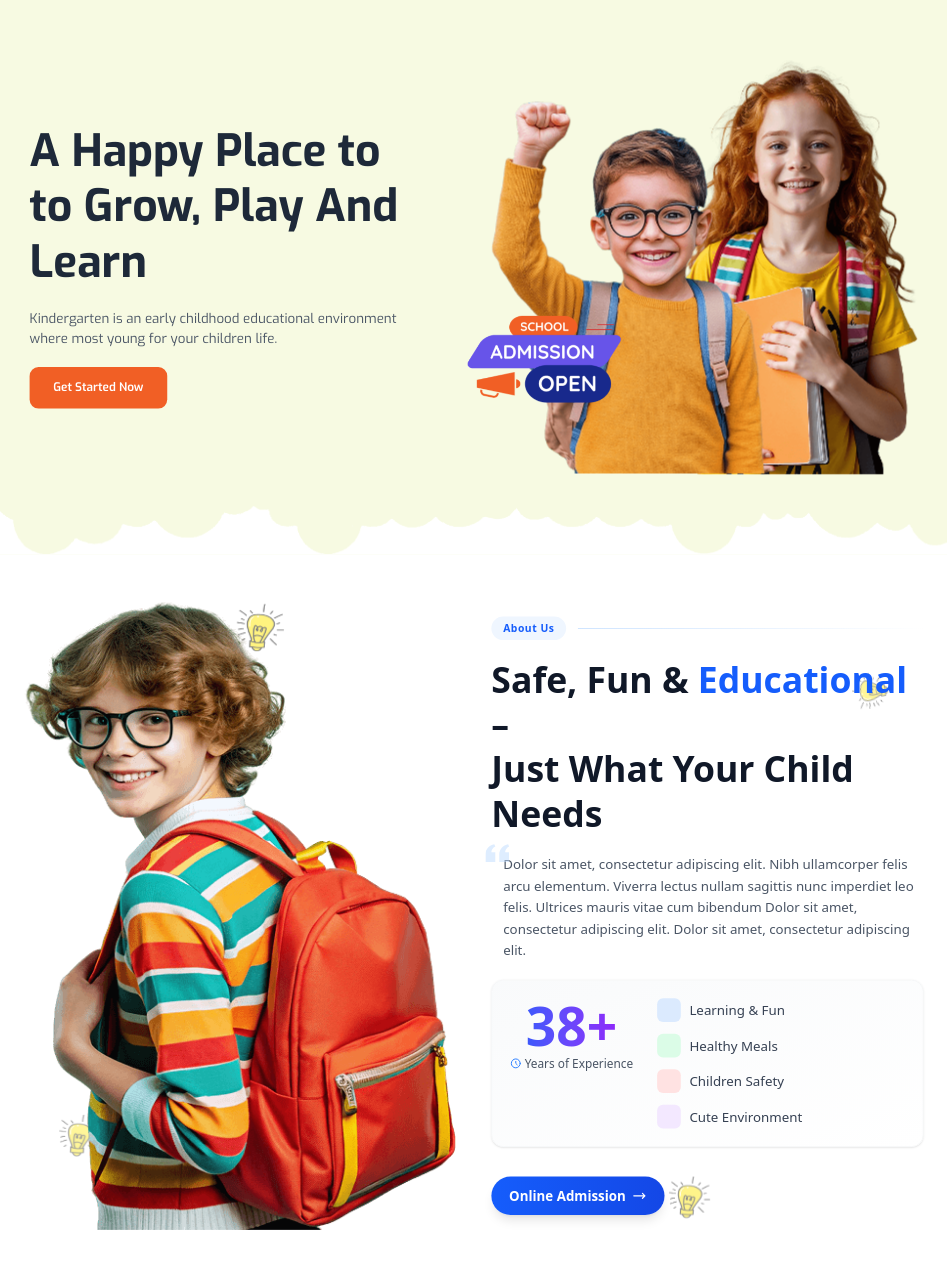
Repository: deepak445566/school
Page: / (app in okwork/)
These files come from the project's save history. The page is drawn as it stood at one moment and after the next save; the edit follows.
The browser window is 1280 px wide. The pictures show the whole page, at 74% of full size.
Some web fonts or font styles are not loaded; a fallback is used. The project was rebuilt for these pictures with package versions that can differ from the ones it lists, and the page was loaded fresh each time. Some packages were replaced by stand-ins written for this rebuild. Also part of the build but not shown: okwork/vite.config.js.

Above is the page before, as saved 2026-02-18 18:33:31.

### okwork/index.html
<!doctype html>
<html lang="en">
  <head>
    <meta charset="UTF-8" />
    <link rel="icon" type="image/svg+xml" href="/vite.svg" />
    <meta name="viewport" content="width=device-width, initial-scale=1.0" />
    <title>okwork</title>
    <link rel="preconnect" href="https://fonts.googleapis.com">
<link rel="preconnect" href="https://fonts.gstatic.com" crossorigin>
<link href="https://fonts.googleapis.com/css2?family=Abril+Fatface&family=Alan+Sans:wght@300..900&family=Big+Shoulders:opsz,wght@10..72,100..900&family=Exo+2:ital,wght@0,100..900;1,100..900&family=Exo:ital,wght@0,100..900;1,100..900&family=Montserrat:ital,wght@0,100..900;1,100..900&family=Orbitron:wght@400..900&family=Poppins:ital,wght@0,100;0,200;0,300;0,400;0,500;0,600;0,700;0,800;0,900;1,100;1,200;1,300;1,400;1,500;1,600;1,700;1,800;1,900&family=Prata&family=Rajdhani:wght@300;400;500;600;700&display=swap" rel="stylesheet">
  </head>
  <body>
    <div id="root"></div>
    <script type="module" src="/src/main.jsx"></script>
  </body>
</html>

### okwork/src/index.css
@import "tailwindcss";


.exo {
  font-family: "Exo", sans-serif;

  font-style: normal;
}

### okwork/src/App.jsx
import React from 'react'
import Home from './components/Home'
import About from './components/About'

function App() {
  return (
    <>
    <Home/>
    <About/>

    </>
  )
}

export default App

### okwork/src/components/Home.jsx
import React from "react";

const Home = () => {
  // Image URL - using a high-quality free image
  const imageUrl =
    "/images/hero1.png";
  const kalagiImageUrl = "/images/text.png";
  return (
    <div className="min-h-screen bg-[#F7FAE2] overflow-hidden exo">
      {/* Main container - centered with responsive padding */}
      <div className="container mx-auto px-6 py-12 md:px-12 lg:px-10 min-h-screen flex items-center">

        {/* Flex container: column on mobile, row on desktop */}
        <div className="flex flex-col md:flex-row items-center gap-12 lg:gap-5 w-full">

          {/* LEFT SECTION: 40% width */}
          <div className="w-full md:w-[45%] text-center md:text-left space-y-6 md:space-y-6">
            {/* Heading with gradient effect */}
            <h1 className="text-4xl text-gray-800 md:text-5xl lg:text-6xl font-bold leading-tight exo">
             A Happy Place to
              <br />
              <span className="text-gray-800">to Grow, Play And </span>
              <br />
              <span className="text-gray-800">   Learn</span>
            </h1>

            {/* Paragraph description */}
            <p className="text-lg md:text-lg text-gray-600 max-w-2xl mx-auto md:mx-0">
           Kindergarten is an early childhood educational environment where
most young for your children life.
            </p>

            {/* Button with hover effects */}
            <div className="flex justify-center md:justify-start">
              <button className="group relative px-8 py-4 bg-[#F15F25] text-white font-semibold rounded-xl float hover:shadow-xl hover:transform hover:-translate-y-1 transition-all duration-300 ease-in-out">
                <span className="relative z-10">Get Started Now</span>
              </button>
            </div>
          </div>

          {/* RIGHT SECTION: 60% width */}
          <div className="w-full md:w-[55%] flex justify-center md:justify-end">
            <div className="relative w-full max-w-md lg:max-w-xl">
              {/* Main image */}
              <img
                src={imageUrl}
                alt="Team collaboration in modern workspace"
                className="relative z-10 w-full h-auto rounded-2xl object-cover "
              />
               <img
                src={kalagiImageUrl}
                alt="Decorative element"
                className="absolute bottom-0 left-7 lg:left-0 z-20 w-24 h-24 md:w-52 md:h-52 object-contain -translate-x-4 -translate-y-4 animate-bounce-slow"
              />
            </div>
          </div>
        </div>

      </div>
        <div className="-mt-10">
          <img src="/images/hero-line.png"/>
        </div>

      {/* Add custom animation keyframes */}
       <style jsx>{`
        @keyframes blob {
          0% { transform: translate(0px, 0px) scale(1); }
          33% { transform: translate(30px, -50px) scale(1.1); }
          66% { transform: translate(-20px, 20px) scale(0.9); }
          100% { transform: translate(0px, 0px) scale(1); }
        }

        @keyframes float {
          0% {
            transform: translateY(0px);
          }
          50% {
            transform: translateY(-20px);
          }
          100% {
            transform: translateY(0px);
          }
        }

        @keyframes bounce-slow {
          0%, 100% {
            transform: translate(-1rem, -1rem) translateY(0);
          }
          50% {
            transform: translate(-1rem, -1rem) translateY(-20px);
          }
        }

        .animate-blob {
          animation: blob 7s infinite;
        }

        .animate-float {
          animation: float 6s ease-in-out infinite;
        }

        .animate-bounce-slow {
          animation: bounce-slow 4s ease-in-out infinite;
        }

        .animation-delay-2000 {
          animation-delay: 2s;
        }
      `}</style>
    </div>
  );
};

export default Home;

### okwork/src/components/About.jsx
import React from 'react';

// Import images at the top for easy path management


const About = () => {
  const bulbIcon =
    "/images/tubelight.png";
    const starIcon =
    "/images/tubelight.png";
    const aboutImage =
    "/images/about-1.png";
  return (
    <div className="max-w-7xl mx-auto px-4 sm:px-6 lg:px-8 py-12 md:py-16 relative">
      {/* Animated elements - increased size */}
      <div className="absolute top-20 left-1/4 animate-bounce">
        <img src={bulbIcon} alt="bulb" className="w-16 h-16 opacity-50" />
      </div>
      <div className="absolute bottom-20 right-1/4 animate-pulse">
        <img src={starIcon} alt="star" className="w-14 h-14 opacity-50" />
      </div>
      <div className="absolute top-40 right-20 animate-spin-slow">
        <img src={starIcon} alt="star" className="w-12 h-12 opacity-40" />
      </div>
      <div className="absolute bottom-40 left-20 animate-float">
        <img src={bulbIcon} alt="bulb" className="w-14 h-14 opacity-40" />
      </div>

      <div className="flex flex-col lg:flex-row gap-8 lg:gap-12 items-center relative z-10">
        {/* Left side - Image */}
        <div className="lg:w-1/2 w-full">
          <img
            src={aboutImage}
            alt="About Us"
            className="w-full h-auto rounded-lg object-cover "
          />
        </div>

        {/* Right side - Content */}
        <div className="lg:w-1/2 w-full space-y-6">
          {/* About Us Label with decorative line */}
          <div className="flex items-center gap-4">
            <span className="text-sm font-semibold text-blue-600 tracking-wider bg-blue-50 px-4 py-1.5 rounded-full">
              About Us
            </span>
            <div className="h-px flex-1 bg-gradient-to-r from-blue-200 to-transparent"></div>
          </div>

          {/* Main Heading */}
          <h1 className="font-helvetica text-4xl md:text-5xl font-bold text-gray-900 leading-tight">
            Safe, Fun & <span className="text-blue-600">Educational</span> –<br />
            Just What Your Child Needs
          </h1>

          {/* Description with quote icon */}
          <div className="relative">
            <svg className="absolute -top-4 -left-2 w-8 h-8 text-blue-200 opacity-50" fill="currentColor" viewBox="0 0 24 24">
              <path d="M14.017 21v-7.391c0-5.704 3.731-9.57 8.983-10.609l.995 2.151c-2.432.917-3.995 3.638-3.995 5.849h4v10h-9.983zm-14.017 0v-7.391c0-5.704 3.748-9.57 9-10.609l.996 2.151c-2.433.917-3.996 3.638-3.996 5.849h3.983v10h-9.983z" />
            </svg>
            <p className="text-gray-600 text-base md:text-lg leading-relaxed pl-4">
              Dolor sit amet, consectetur adipiscing elit. Nibh ullamcorper felis arcu elementum.
              Viverra lectus nullam sagittis nunc imperdiet leo felis. Ultrices mauris vitae cum
              bibendum Dolor sit amet, consectetur adipiscing elit. Dolor sit amet, consectetur
              adipiscing elit.
            </p>
          </div>

          {/* Stats and Features - Improved UI */}
          <div className="bg-gradient-to-br from-gray-50 to-white p-6 rounded-2xl border border-gray-100 shadow-sm">
            <div className="flex flex-wrap items-start gap-8">
              {/* Left side - 38+ Experience with improved styling */}
              <div className="flex-shrink-0 text-center">
                <div className="text-6xl md:text-7xl font-bold text-transparent bg-clip-text bg-gradient-to-r from-blue-600 to-purple-600">
                  38+
                </div>
                <div className="text-gray-600 mt-1 font-medium flex items-center gap-1">
                  <svg className="w-4 h-4 text-blue-500" fill="none" stroke="currentColor" viewBox="0 0 24 24">
                    <path strokeLinecap="round" strokeLinejoin="round" strokeWidth={2} d="M12 8v4l3 3m6-3a9 9 0 11-18 0 9 9 0 0118 0z" />
                  </svg>
                  Years of Experience
                </div>
              </div>

              {/* Right side - Features list with improved styling */}
              <div className="space-y-4 flex-1">
                {/* Learning & Fun */}
                <div className="flex items-center gap-3 group hover:translate-x-1 transition-transform duration-300">
                  <div className="w-8 h-8 bg-blue-100 rounded-lg flex items-center justify-center group-hover:bg-blue-200 transition-colors">

                  </div>
                  <span className="text-gray-700 text-lg font-medium">Learning & Fun</span>
                </div>

                {/* Healthy Meals */}
                <div className="flex items-center gap-3 group hover:translate-x-1 transition-transform duration-300">
                  <div className="w-8 h-8 bg-green-100 rounded-lg flex items-center justify-center group-hover:bg-green-200 transition-colors">

                  </div>
                  <span className="text-gray-700 text-lg font-medium">Healthy Meals</span>
                </div>

                {/* Children Safety */}
                <div className="flex items-center gap-3 group hover:translate-x-1 transition-transform duration-300">
                  <div className="w-8 h-8 bg-red-100 rounded-lg flex items-center justify-center group-hover:bg-red-200 transition-colors">

                  </div>
                  <span className="text-gray-700 text-lg font-medium">Children Safety</span>
                </div>

                {/* Cute Environment */}
                <div className="flex items-center gap-3 group hover:translate-x-1 transition-transform duration-300">
                  <div className="w-8 h-8 bg-purple-100 rounded-lg flex items-center justify-center group-hover:bg-purple-200 transition-colors">

                  </div>
                  <span className="text-gray-700 text-lg font-medium">Cute Environment</span>
                </div>
              </div>
            </div>
          </div>

          {/* Online Admission Link with improved styling */}
          <div className="pt-4">
            <a
              href="#"
              className="inline-flex items-center gap-2 text-lg font-semibold text-white bg-gradient-to-r from-blue-600 to-blue-700 hover:from-blue-700 hover:to-blue-800 px-6 py-3 rounded-full shadow-lg hover:shadow-xl transition-all duration-300 group"
            >
              Online Admission
              <svg className="w-5 h-5 group-hover:translate-x-1 transition-transform" fill="none" stroke="currentColor" viewBox="0 0 24 24">
                <path strokeLinecap="round" strokeLinejoin="round" strokeWidth={2} d="M17 8l4 4m0 0l-4 4m4-4H3" />
              </svg>
            </a>
          </div>
        </div>
      </div>

      {/* Add custom animations to your global CSS */}
      <style jsx>{`
        @keyframes spin-slow {
          from {
            transform: rotate(0deg);
          }
          to {
            transform: rotate(360deg);
          }
        }
        .animate-spin-slow {
          animation: spin-slow 8s linear infinite;
        }

        @keyframes float {
          0%, 100% {
            transform: translateY(0px);
          }
          50% {
            transform: translateY(-20px);
          }
        }
        .animate-float {
          animation: float 5s ease-in-out infinite;
        }
      `}</style>
    </div>
  );
};

export default About;

Loaded but not shown: okwork/src/main.jsx (common file)

After the next save:
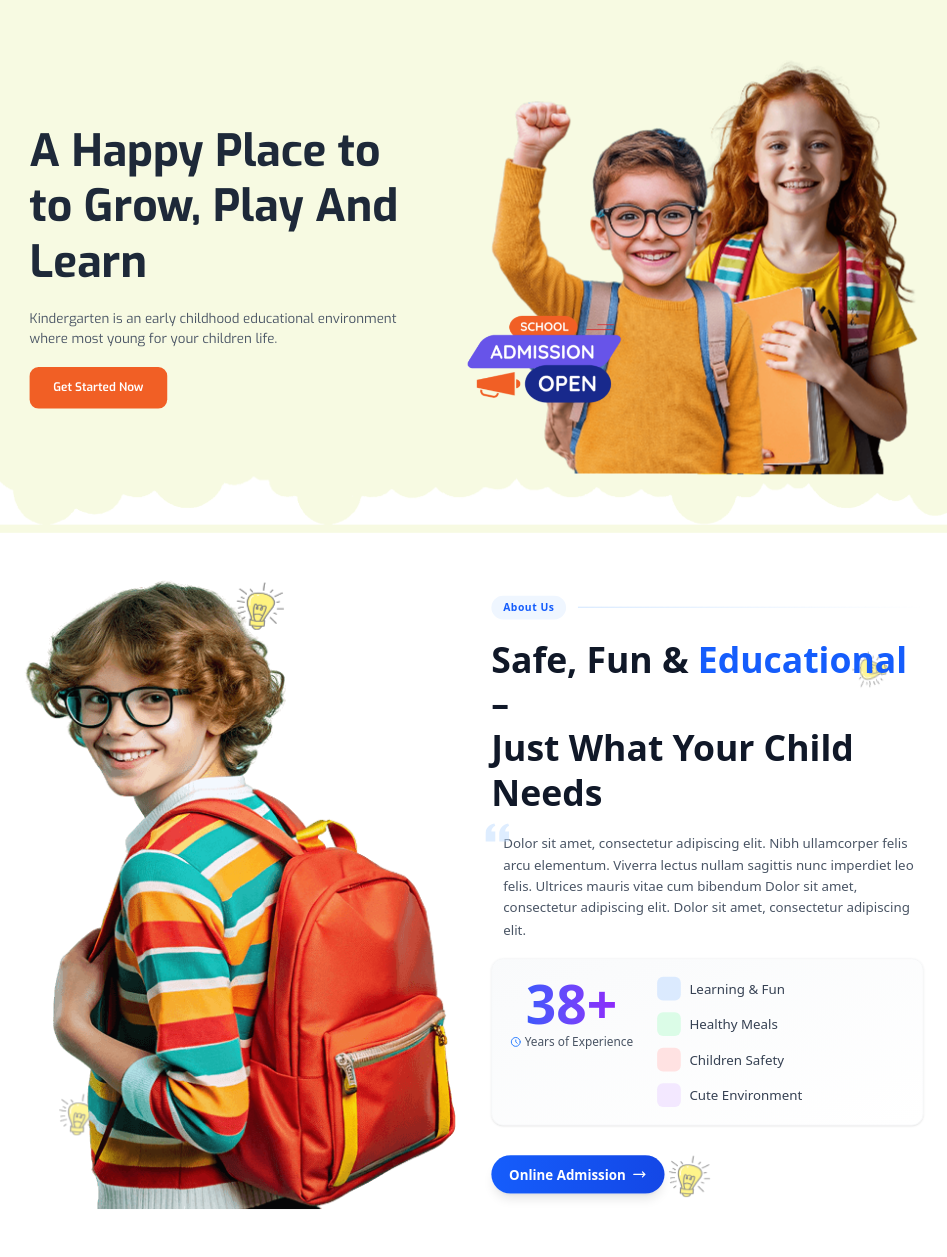
Saved 6 s later.
--- a/okwork/src/components/Home.jsx
+++ b/okwork/src/components/Home.jsx
@@ -57,7 +57,7 @@ most young for your children life.
         </div>
 
       </div>
-        <div className="-mt-10">
+        <div className="-mt-20">
           <img src="/images/hero-line.png"/>
         </div>
 
